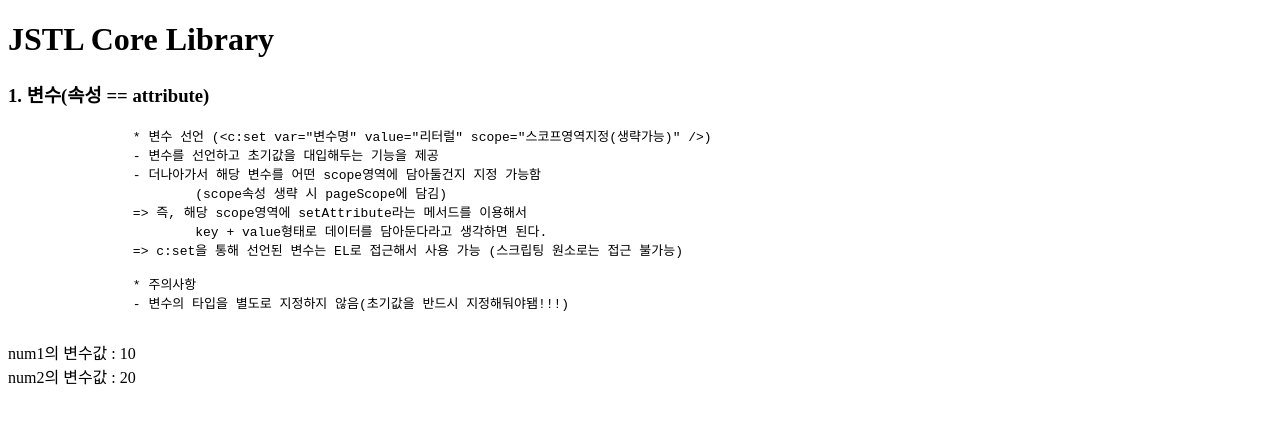
Repository: DonghwanSon1/ajax-jsp-study
Page: http://localhost/ActionProject/views/3_CustomAction/01_core.jsp
The author's editor kept a copy of each file at every save. The page is drawn from the files as they stood at one save, then again after the next save.
The browser window is 1280 px wide. The pictures show the whole page.
The page is served by Tomcat 9. Other server files are loaded and not shown.

Above is the page before, as saved 2022-07-12 06:25:38.

### ActionProject/WebContent/views/3_CustomAction/01_core.jsp
<%@ page language="java" contentType="text/html; charset=UTF-8"
    pageEncoding="UTF-8"%>
<%@ taglib prefix="c" uri="http://java.sun.com/jsp/jstl/core" %>
<!DOCTYPE html>
<html>
<head>
<meta charset="UTF-8">
<title>정말 중요한 core 페이지</title>
</head>
<body>


	<h1>JSTL Core Library</h1>

	<h3>1. 변수(속성 == attribute)</h3>

	<pre>
		* 변수 선언 (&lt;c:set var="변수명" value="리터럴" scope="스코프영역지정(생략가능)" /&gt;)
		- 변수를 선언하고 초기값을 대입해두는 기능을 제공
		- 더나아가서 해당 변수를 어떤 scope영역에 담아둘건지 지정 가능함
			(scope속성 생략 시 pageScope에 담김)
		=> 즉, 해당 scope영역에 setAttribute라는 메서드를 이용해서
			key + value형태로 데이터를 담아둔다라고 생각하면 된다.
		=> c:set을 통해 선언된 변수는 EL로 접근해서 사용 가능 (스크립팅 원소로는 접근 불가능)

		* 주의사항
		- 변수의 타입을 별도로 지정하지 않음(초기값을 반드시 지정해둬야됌!!!)
	</pre>

	<c:set var="num1" value="10"></c:set> <!-- pageScope에 담김 pageContext.setAttribute("num1", "10"); -->
	<c:set var="num2" value="20" scope="request"></c:set> <!-- requestScope에 담김 request.setAttribute("num2", "20"); -->

	num1의 변수값 : ${ num1 } <br>
	num2의 변수값 : ${ num2 } <br>













</body>
</html>

After the next save:
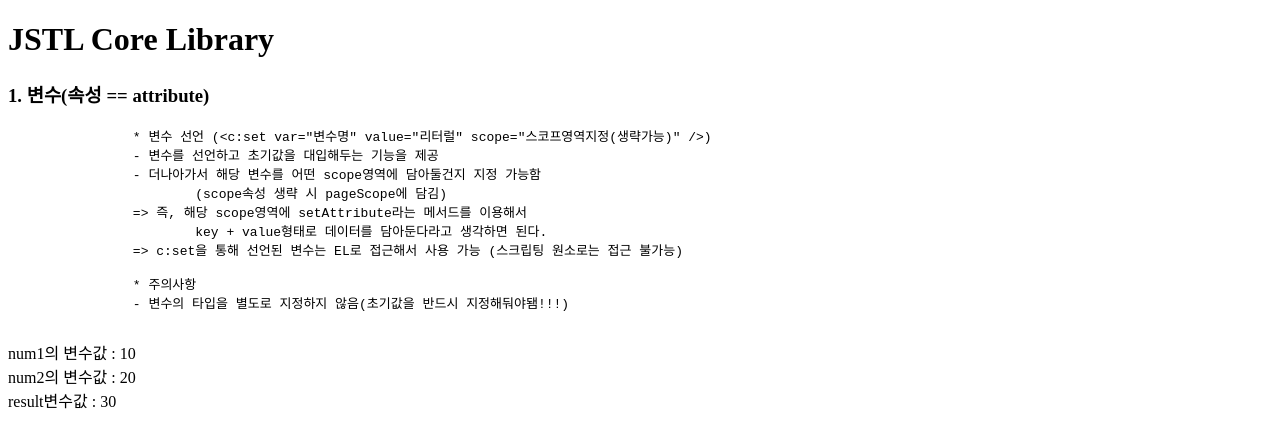
Saved 5 min 38 s later.
--- a/ActionProject/WebContent/views/3_CustomAction/01_core.jsp
+++ b/ActionProject/WebContent/views/3_CustomAction/01_core.jsp
@@ -33,7 +33,9 @@
 	num1의 변수값 : ${ num1 } <br>
 	num2의 변수값 : ${ num2 } <br>
 
+	<c:set var="result" value="${ num1 + num2 }" scope="session"></c:set>
 
+	result변수값 : ${ result } <br>
 
 
 
